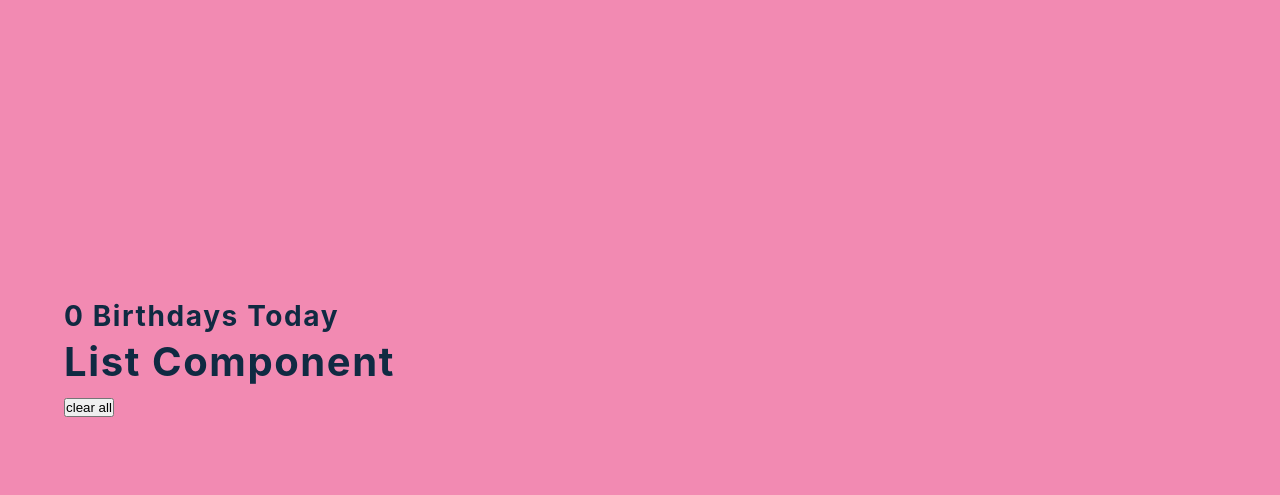
Repository: bodescuanamariia/birthday-reminder
Page: /
These files come from the project's save history. The page is drawn as it stood at one moment and after the next save; the edit follows.
The browser window is 1280 px wide. The pictures show the whole page.
The project was rebuilt for these pictures with package versions that can differ from the ones it lists, and the page was loaded fresh each time. Imported but missing from the stored project, and not drawn on this page: src/data.

Above is the page before, as saved 2022-04-14 14:26:38.

### src/index.css
/*
===============
Variables
===============
*/

:root {
  /* dark shades of primary color  */
  --clr-primary-1: hsl(162, 61%, 89%);
  --clr-primary-2: hsl(162, 61%, 78%);
  --clr-primary-3: hsl(162, 61%, 67%);
  --clr-primary-4: hsl(162, 61%, 57%);

  /* primary main color  */
  --clr-primary-5: hsl(162, 73%, 46%);

  /* lighter shades of primary color  */
  --clr-primary-6: #1aa179;
  --clr-primary-7: #13795b;
  --clr-primary-8: #0d503c;
  --clr-primary-9: #06281e;

  /* darkest grey - used for headings */
  --clr-grey-1: hsl(212, 33%, 89%);
  --clr-grey-2: hsl(210, 31%, 80%);
  --clr-grey-3: hsl(211, 27%, 70%);
  --clr-grey-4: hsl(209, 23%, 60%);

  /* grey used for paragraphs */
  --clr-grey-5: hsl(210, 22%, 49%);
  --clr-grey-6: hsl(209, 28%, 39%);
  --clr-grey-7: hsl(209, 34%, 30%);
  --clr-grey-8: hsl(211, 39%, 23%);
  --clr-grey-9: hsl(209, 61%, 16%);
  --clr-white: #fff;
  --clr-red-dark: hsl(360, 67%, 44%);
  --clr-red-light: hsl(360, 71%, 66%);
  --clr-green-dark: hsl(125, 67%, 44%);
  --clr-green-light: hsl(125, 71%, 66%);
  --clr-black: #222;
  --transition: all 0.3s linear;
  --spacing: 0.1rem;
  --radius: 0.25rem;
  --light-shadow: 0 5px 15px rgba(0, 0, 0, 0.1);
  --dark-shadow: 0 5px 15px rgba(0, 0, 0, 0.4);
  --max-width: 1170px;
  --fixed-width: 450px;
  --clr-pink: #f28ab2;
}

/*
===============
Global Styles
===============
*/
*,
::after,
::before {
  margin: 0;
  padding: 0;
  box-sizing: border-box;
}
body {
  font-family: -apple-system, BlinkMacSystemFont, "Segoe UI", "Roboto", "Oxygen",
    "Ubuntu", "Cantarell", "Fira Sans", "Droid Sans", "Helvetica Neue",
    sans-serif;
  background: var(--clr-pink);
  color: var(--clr-grey-9);
  line-height: 1.5;
  font-size: 0.875rem;
}
ul {
  list-style-type: none;
}
a {
  text-decoration: none;
}
h1,
h2,
h3,
h4 {
  letter-spacing: var(--spacing);
  text-transform: capitalize;
  line-height: 1.25;
  margin-bottom: 0.75rem;
}
h1 {
  font-size: 3rem;
}
h2 {
  font-size: 2rem;
}
h3 {
  font-size: 1.25rem;
}
h4 {
  font-size: 0.875rem;
}
p {
  margin-bottom: 1.25rem;
  color: var(--clr-grey-5);
}
@media screen and (min-width: 800px) {
  h1 {
    font-size: 4rem;
  }
  h2 {
    font-size: 2.5rem;
  }
  h3 {
    font-size: 1.75rem;
  }
  h4 {
    font-size: 1rem;
  }
  body {
    font-size: 1rem;
  }
  h1,
  h2,
  h3,
  h4 {
    line-height: 1;
  }
}

/*
===============
Global Classes
===============
*/
main {
  min-height: 100vh;
  display: flex;
  justify-content: center;
  align-items: center;
}

.container {
  width: 90vw;
}

### src/App.js
import React, { useState } from "react";
import List from "./List";
import data from "./data";

function App() {
  return (
    <main>
      <section className="container">
        <h3>0 birthdays today</h3>
        <List />
        <button onClick={() => console.log("you clicked me")}>clear all</button>
      </section>
    </main>
  );
}

export default App;

### src/List.js
import React from "react";

const List = () => {
  return (
    <>
      <h2>list component</h2>
    </>
  );
};

export default List;

Loaded but not shown: public/index.html (common file); src/index.js (common file)

After the next save:
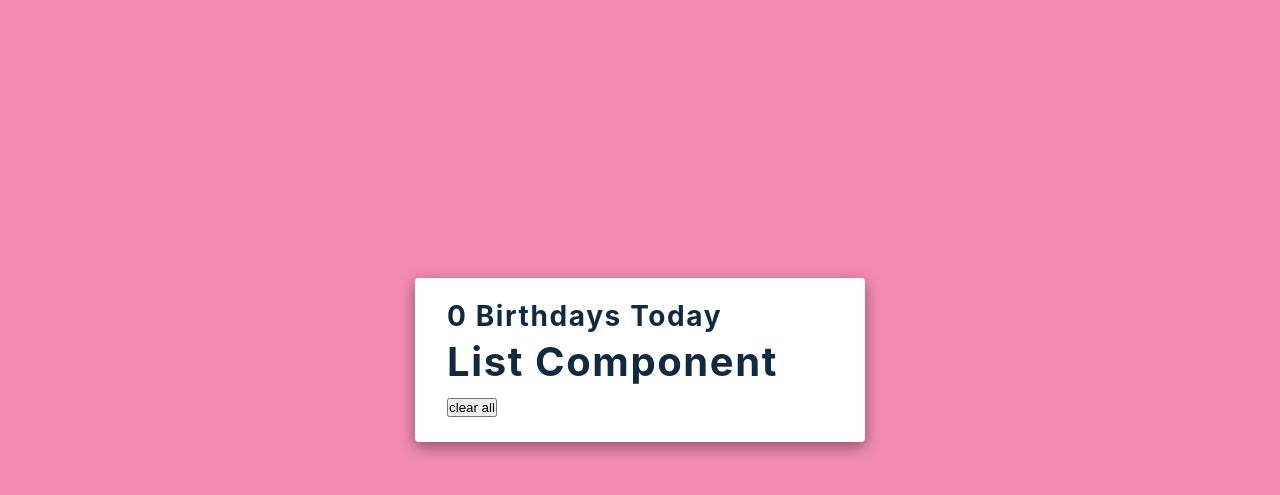
Saved 25 s later.
--- a/src/index.css
+++ b/src/index.css
@@ -138,4 +138,10 @@ main {
 
 .container {
   width: 90vw;
+  margin: 5rem 0;
+  max-width: var(--fixed-width);
+  background: var(--clr-white);
+  border-radius: var(--radius);
+  padding: 1.5rem 2rem;
+  box-shadow: var(--dark-shadow);
 }
